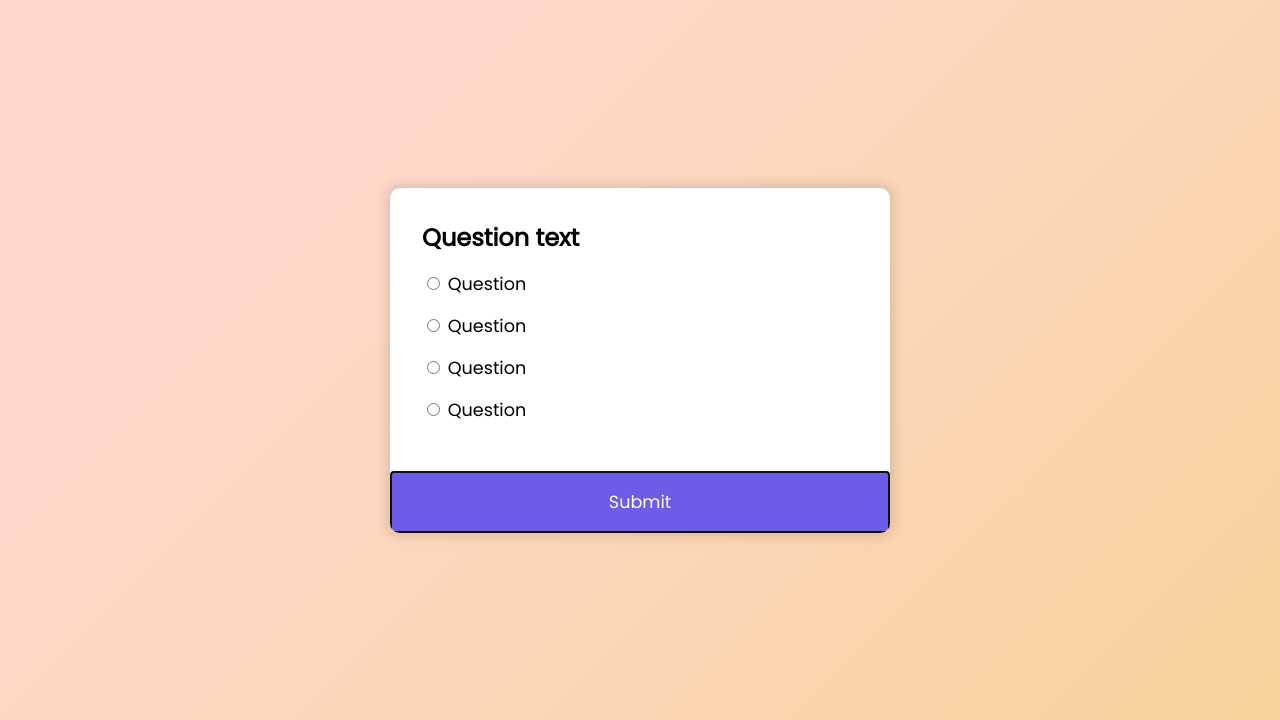
Repository: PratypartyY2K/JavaScript-Projects
Page: Quiz-App/index.html
The author's editor kept a copy of each file at every save. The page is drawn from the files as they stood at one save, then again after the next save.
The browser window is 1280 px wide. The pictures show the whole page.
The first visible `button` has the focus.

Above is the page before, as saved 2021-07-04 09:42:46.
Console error: TypeError: document.getElementsById is not a function

After the next save:
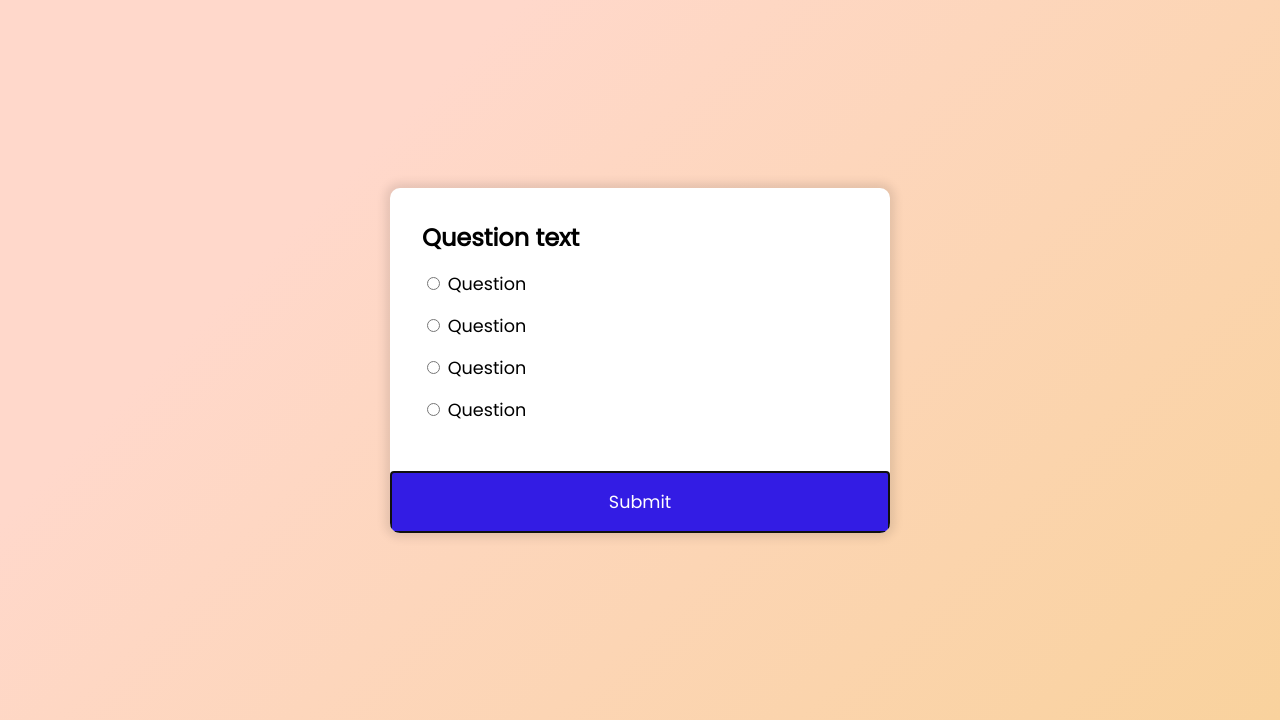
Saved 87 min 52 s later.
--- a/Quiz-App/styles.css
+++ b/Quiz-App/styles.css
@@ -57,3 +57,7 @@ button {
 button:hover {
     background-color: #4630e7;
 }
+
+button:focus {
+    background-color: #331ce4;
+}
